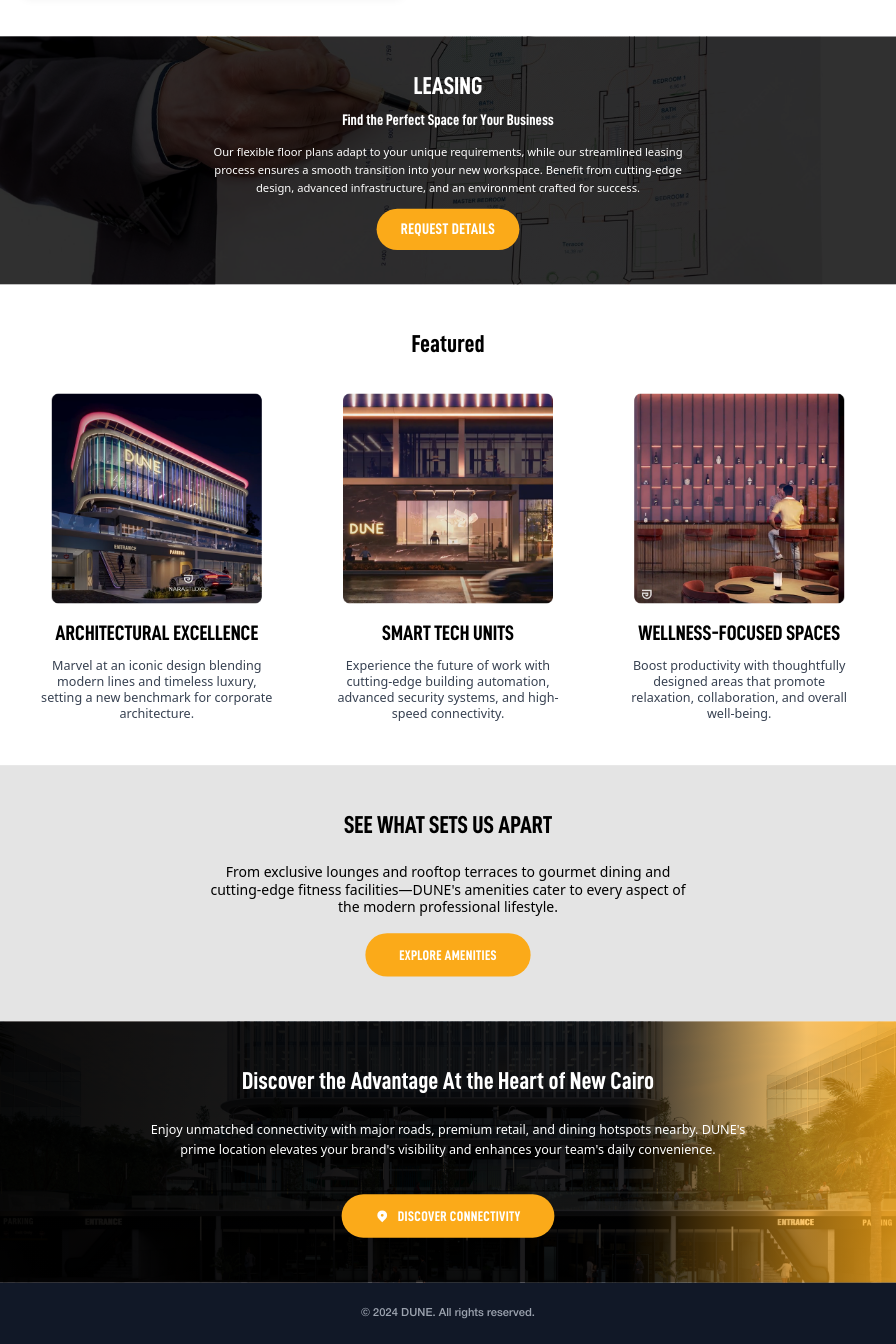
Repository: ahmedassr5765/dune
Page: index.html
These files come from the project's save history. The page is drawn as it stood at one moment and after the next save; the edit follows.
The browser window is 1280 px wide. The pictures show the part of the page from y = 2053 to 3973 px (the page is 3973 px tall), at 70% of full size.
Some web libraries are served in a nearby version.

Above is the page before, as saved 2025-07-12 19:15:28.

After the next save:
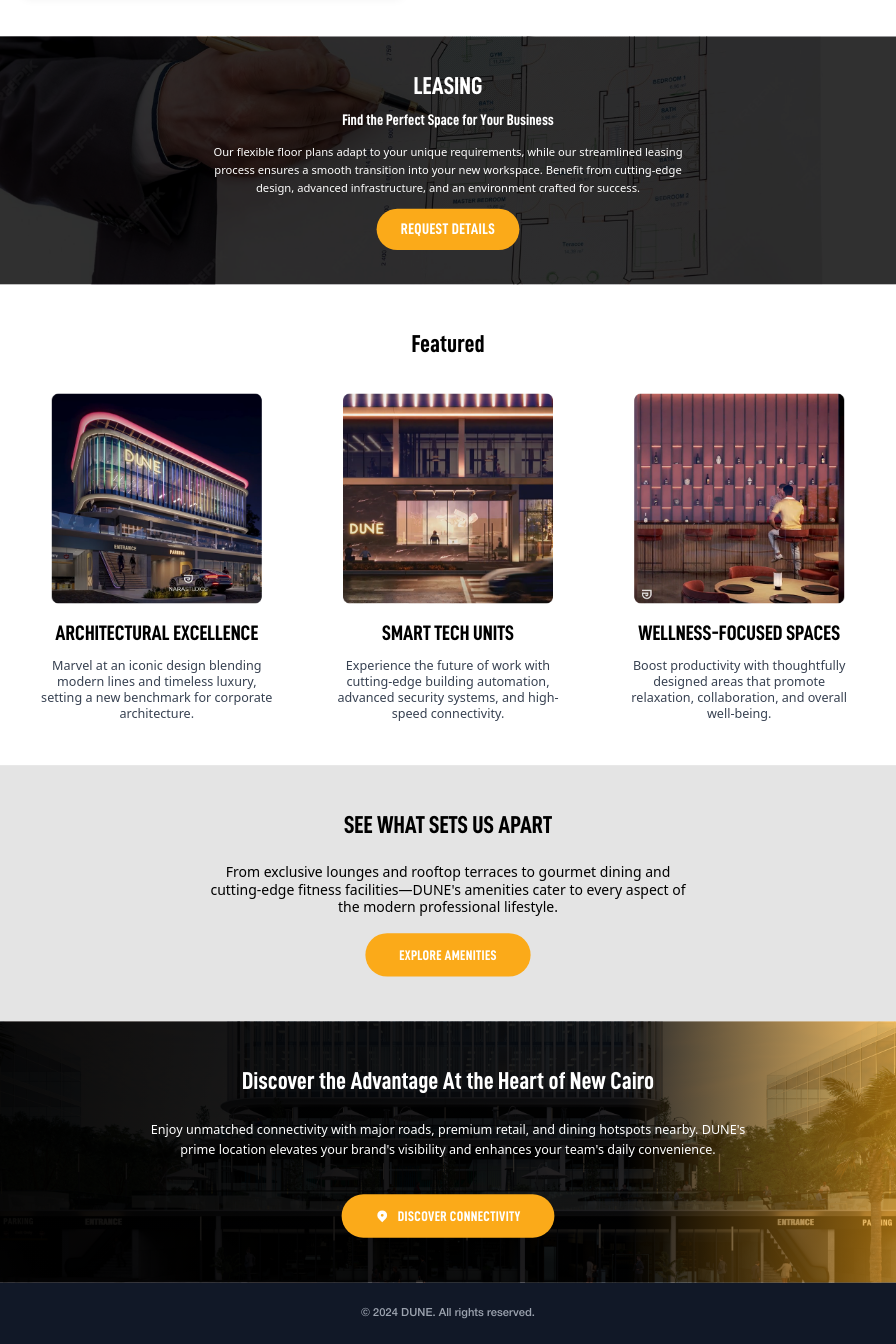
Saved 6 s later.
--- a/index.html
+++ b/index.html
@@ -400,7 +400,7 @@
     <section class="max-w-[1440px] mx-auto relative h-[373px] bg-cover bg-center bg-no-repeat" style="background-image: url('/images/discover.png');">
 
         <!-- Gradient Overlay -->
-        <div class="absolute inset-0" style="background: linear-gradient(to right, rgba(0,0,0,0.95) 0%, rgba(0,0,0,0.8) 70%, rgba(251,170,25,0.6) 90%, rgba(251,170,25,0.8) 100%);"></div>
+        <div class="absolute inset-0" style="background: linear-gradient(to right, rgba(0,0,0,0.95) 0%, rgba(0,0,0,0.8) 70%, rgba(251,170,25,0.6) 100%, rgba(251,170,25,0.8) 100%);"></div>
 
         <!-- Content -->
         <div class="relative z-10 h-full flex flex-col justify-center items-center text-center px-4 sm:px-6 lg:px-8">
